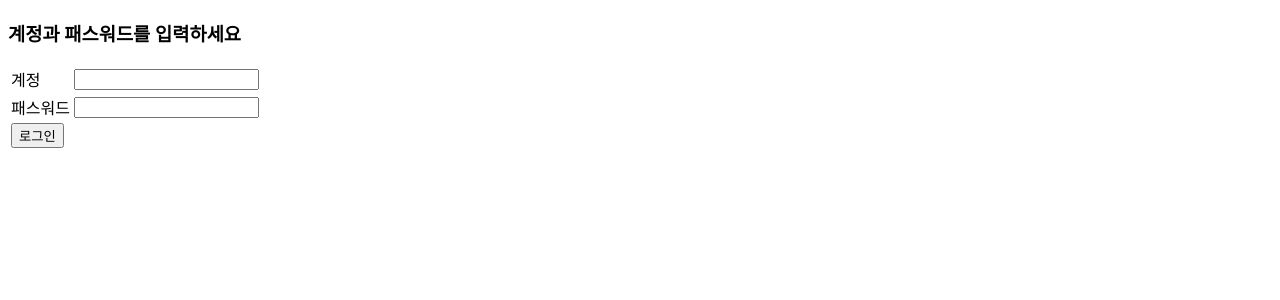
Repository: golddrone7/front
Page: step10_Ajax/src/main/webapp/test9/loginTest.html
These files come from the project's save history. The page is drawn as it stood at one moment and after the next save; the edit follows.
The browser window is 1280 px wide. The pictures show the whole page.

Above is the page before, as saved 2023-02-27 07:19:11.

### step10_Ajax/src/main/webapp/test9/loginTest.html
<!DOCTYPE html>
<html>
<head>
<meta charset="UTF-8">
<title>Insert title here</title>
</head>
<body>
<h3>계정과 패스워드를 입력하세요</h3>
<!-- 계정과 패스워드 처리는 ajax로 처리하는 경우는 없음
일반적인 경우는 패스워드 비교
 -->
 <form id="loginf" action="login.jsp">
 		<table>
		<tr>
			<td><label for="id">계정</label></td>
			<td><input type="text" id="id" name="id" required></td>
		</tr>
		<tr>
			<td><label for="passwd">패스워드</label></td>
			<td><input type="text" id="passwd" name="passwd" required></td>
		</tr>
		<tr>
			<td><input type="submit" id="loginb" value="로그인"></td>
		</tr>

	</table>
 </form>



</body>
</html>

After the next save:
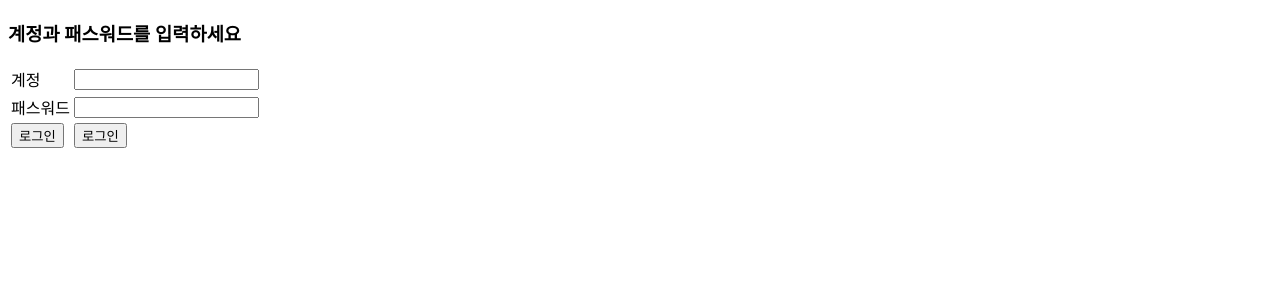
Saved 20 s later.
--- a/step10_Ajax/src/main/webapp/test9/loginTest.html
+++ b/step10_Ajax/src/main/webapp/test9/loginTest.html
@@ -21,6 +21,7 @@
 		</tr>
 		<tr>
 			<td><input type="submit" id="loginb" value="로그인"></td>
+			<td><input type="submit" id="loginb" value="로그인"></td>
 		</tr>
 
 	</table>

After the save that followed:
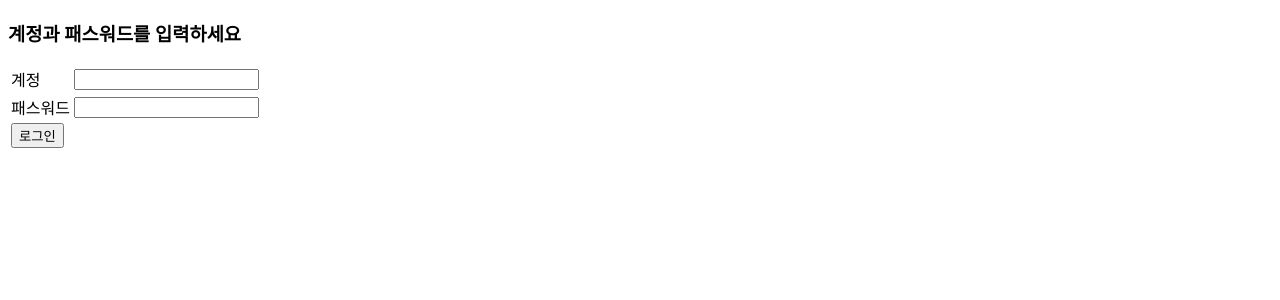
Saved 13 s later.
--- a/step10_Ajax/src/main/webapp/test9/loginTest.html
+++ b/step10_Ajax/src/main/webapp/test9/loginTest.html
@@ -21,7 +21,7 @@
 		</tr>
 		<tr>
 			<td><input type="submit" id="loginb" value="로그인"></td>
-			<td><input type="submit" id="loginb" value="로그인"></td>
+			<td><output></output></td>
 		</tr>
 
 	</table>
